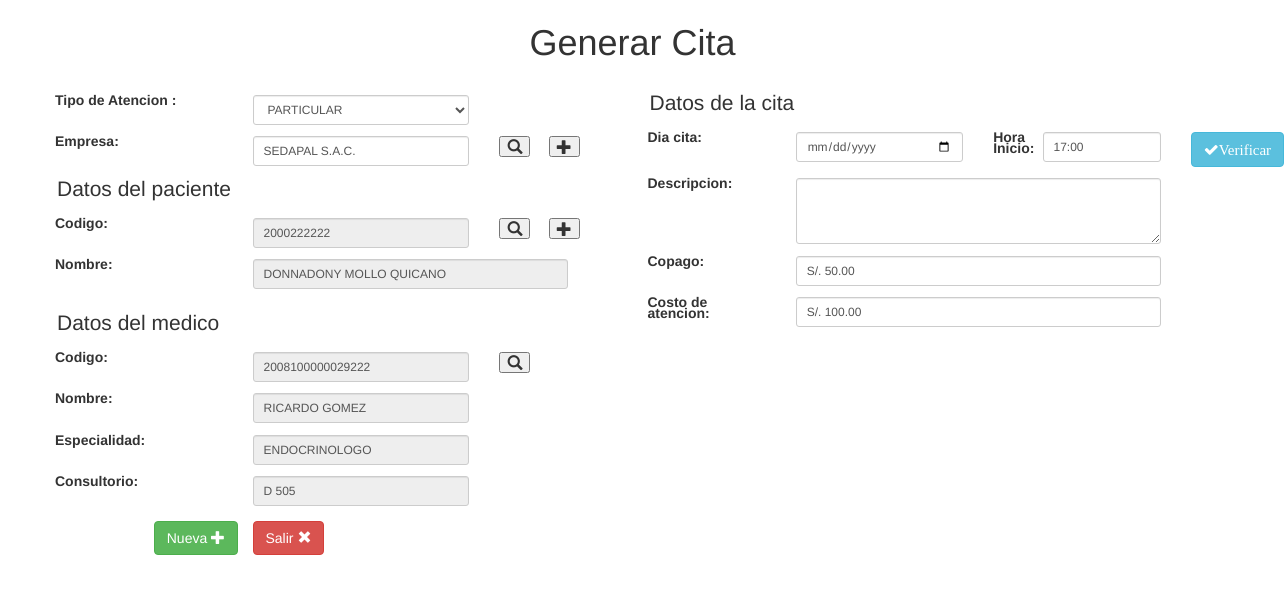
Repository: Donyx10/ADSII-ProyectoClinica
Page: http://localhost/AvanceWeb/GeneraCitaMedica.jsp
These files come from the project's save history. The page is drawn as it stood at one moment and after the next save; the edit follows.
The browser window is 1280 px wide. The page is 1284 px wide, so the pictures cover 1284 px, including what lies to the right of the window. The pictures show the whole page.
Some web fonts or font styles are not loaded; a fallback is used. The page is served by Tomcat 9.

Above is the page before, as saved 2018-06-04 05:51:59.

After the next save:
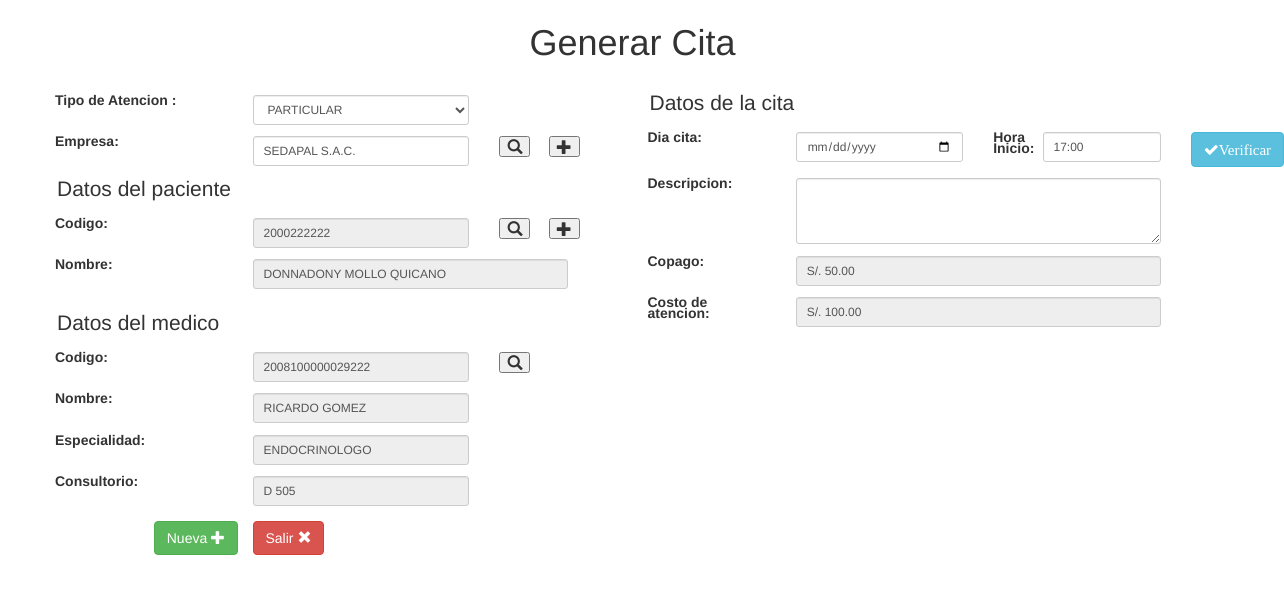
Saved 26 s later.
--- a/WebDemo/AvanceWeb/WebContent/GeneraCitaMedica.jsp
+++ b/WebDemo/AvanceWeb/WebContent/GeneraCitaMedica.jsp
@@ -250,7 +250,7 @@
 										<label class="" for="">Copago:</label>
 									</div>
 									<div class="col-lg-8">
-										<input class="form-control input-sm" type="text" id="" name=""
+										<input class="form-control input-sm" type="text" id="" name="" readonly="readonly"
 											value="S/. 50.00" placeholder="Hora" size="10">
 									</div>
 								</div>
@@ -260,7 +260,7 @@
 										<label class="" for="">Costo de atencion:</label>
 									</div>
 									<div class="col-lg-8">
-										<input class="form-control input-sm" type="text" id="" name=""
+										<input class="form-control input-sm" type="text" id="" name="" readonly="readonly"
 											value="S/. 100.00" placeholder="Hora" size="10">
 									</div>
 								</div>
